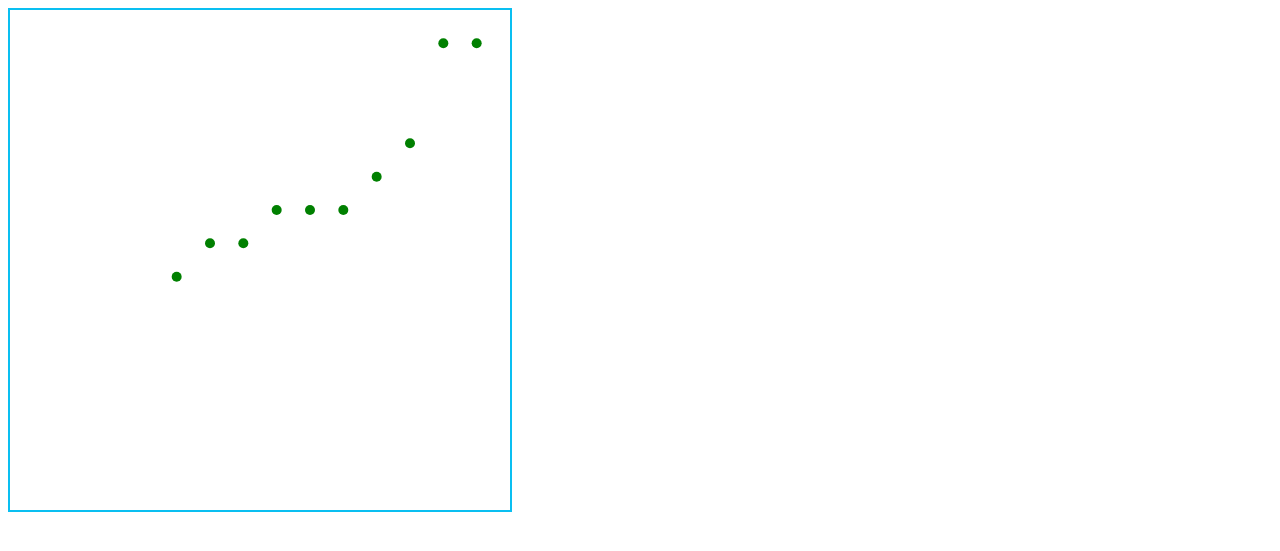
Repository: Jubair-Ahmed-Junjun/js-graphics
Page: Scatter Plots.html
The author's editor kept a copy of each file at every save. The page is drawn from the files as they stood at one save, then again after the next save.
The browser window is 1280 px wide. The pictures show the whole page.

Above is the page before, as saved 2022-08-08 21:46:09.

### Scatter Plots.html
<!DOCTYPE html>
<html>
<body>

<canvas id="myCanvas" width="500" style="border:2px solid rgb(10, 191, 241)"></canvas>

<script>
const canvas = document.getElementById("myCanvas");
const ctx = canvas.getContext("2d");

let xMax = canvas.height = canvas.width;
let yMax = xMax;
ctx.transform(1, 0, 0, -1, 0, xMax)

const xArray = [50,60,70,80,90,100,110,120,130,140,150];
const yArray = [7,8,8,9,9,9,10,11,14,14,15];

ctx.fillStyle = "green";
for (let i = 0; i < xArray.length-1; i++) {
  let x = xArray[i] * xMax/150;
  let y = yArray[i] * yMax/15;
  ctx.beginPath();
  ctx.ellipse(x, y, 5, 5, 0, 0, Math.PI * 10);
  ctx.fill();
}
</script>

</body>
</html>

After the next save:
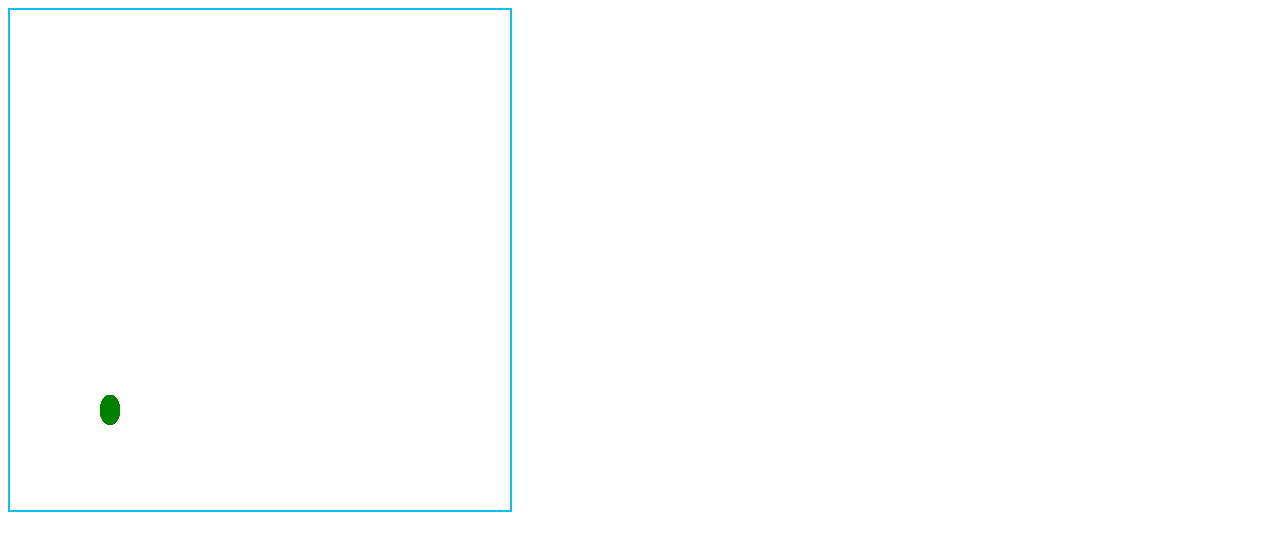
Saved 81 s later.
--- a/Scatter Plots.html
+++ b/Scatter Plots.html
@@ -20,7 +20,7 @@ for (let i = 0; i < xArray.length-1; i++) {
   let x = xArray[i] * xMax/150;
   let y = yArray[i] * yMax/15;
   ctx.beginPath();
-  ctx.ellipse(x, y, 5, 5, 0, 0, Math.PI * 10);
+  ctx.ellipse(100, 100, 10, 15, 0, 0, Math.PI * 2);
   ctx.fill();
 }
 </script>
